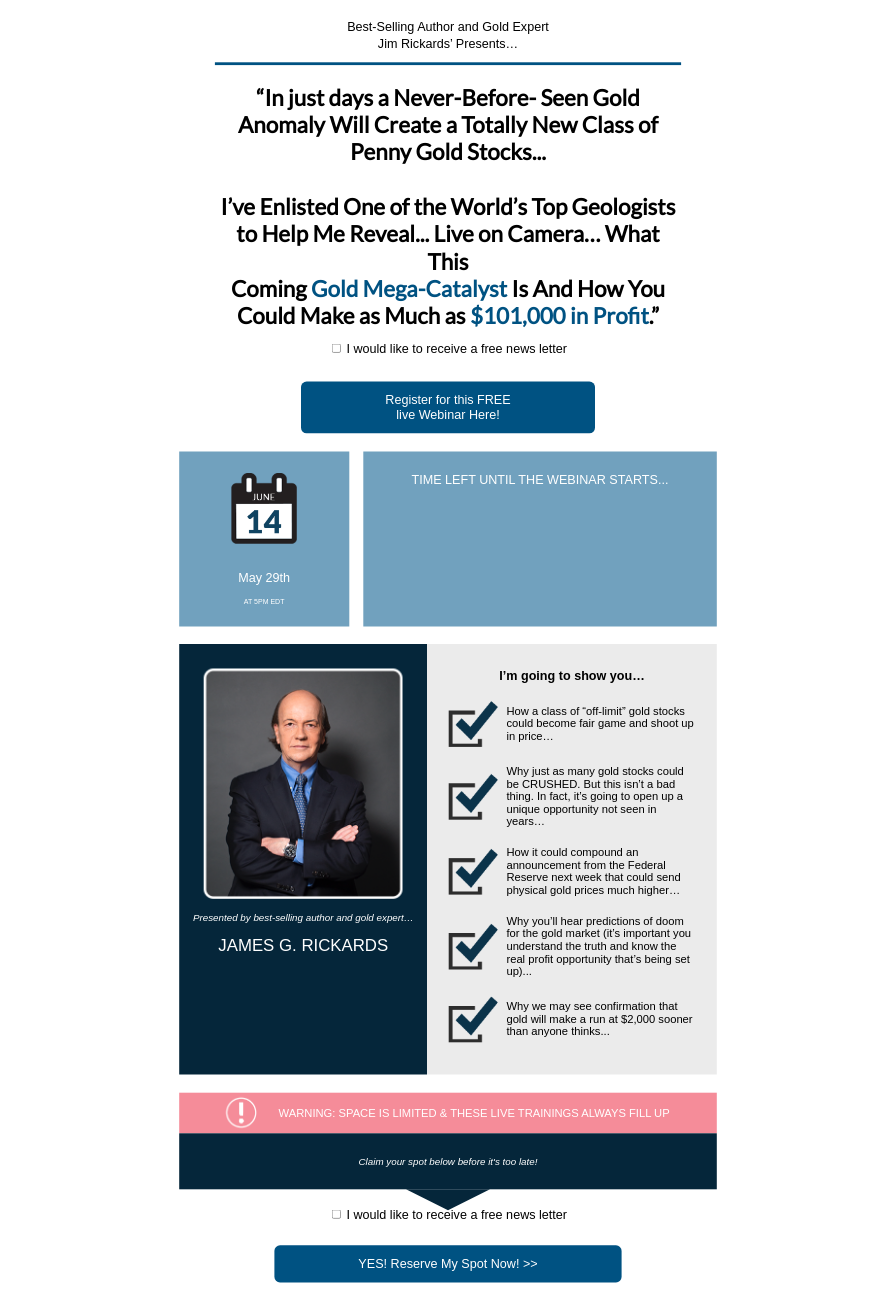
Repository: KrystellBarraza/Test
Page: index.html
An editor plug-in stored every save of this project. The page is shown before and after the next save, followed by the edit.
The browser window is 1280 px wide. The pictures show the whole page, at 70% of full size.

Above is the page before, as saved 2019-10-07 10:58:10.

### index.html
<!DOCTYPE <!DOCTYPE html>
<!--[if lt IE 7]>      <html class="no-js lt-ie9 lt-ie8 lt-ie7"> <![endif]-->
<!--[if IE 7]>         <html class="no-js lt-ie9 lt-ie8"> <![endif]-->
<!--[if IE 8]>         <html class="no-js lt-ie9"> <![endif]-->
<!--[if gt IE 8]><!--> <html class="no-js"> <!--<![endif]-->
    <head>
        <meta charset="utf-8">
        <meta http-equiv="X-UA-Compatible" content="IE=edge">
        <title>Newsletter Offer</title>
        <meta name="description" content="Newsletter">
        <meta name="viewport" content="width=device-width, initial-scale=1">
        <link href="https://fonts.googleapis.com/css?family=Lato&display=swap" rel="stylesheet">
        <link rel="stylesheet" href="style.css">
    </head>
    <body>
        <div class="container-top">
            <div class="header">
                <p>Best-Selling Author and Gold Expert<br> Jim Rickards’ Presents…</p>
            </div>

            <div class="content">
                <hr style="border: 2px solid #005282">
                <br>

                <h1>“In just days a Never-Before- Seen Gold Anomaly
                    Will Create a Totally New Class of Penny Gold Stocks...
                    <br>
                    <br>
                    I’ve Enlisted One of the World’s Top Geologists
                    to Help Me Reveal... Live on Camera… What This<br>
                    Coming <span class="highlight">Gold Mega-Catalyst</span> Is And How You Could Make
                    as Much as <span class="highlight">$101,000 in Profit</span>.”
                </h1>
                <br>

                <input type="checkbox" name="signup" value="yes"><span style="font-size: 18px; font-family: arial, sans-serif;"> I would like to receive a free news letter</span><br>
                <br>
                <br>
                <div class="button-container">
                    <button class="button button-top"><span style="font-size: 18px; font-family: arial, sans-serif; font-weight: 500;">Register for this FREE <br>live Webinar Here!</span></button>
                </div>
            </div>
        </div>

        <div class="container-middle">
            <div class="blocks blocks-left">
                <img src="images/Calendar.png">
                <br>
                <br>
                <br>
                <p style="color: #fff; font-weight: 500;">May 29th</p>
                <br>
                <span style="font-size: 10px; font-family: arial, sans-serif; text-transform: uppercase;" class="time">at 5PM EDT</span>
            </div>

            <div class="blocks blocks-right">
                <p style="color: #fff;">TIME LEFT UNTIL THE WEBINAR STARTS...</p>
            </div>
        </div>

        <div class="container-bottom">
            <div class="block-left">
                <img src="images/JimRickards.png">
                <br>
                <br>
                <p style="color: #fff; font-size: 14px; font-style: italic;">Presented by best-selling author and gold expert…</p>
                <br>
                <p style="color: #fff; font-size: 24px;">JAMES G. RICKARDS</p>
            </div>

            <div class="block-right">
                <p style="text-align: center; font-weight: bold;">I’m going to show you…</p>

                <table>
                    <tr>
                        <td><img src="images/checkmark.png"></td>
                        <td><p style="font-size: 16px;">How a class of “off-limit” gold stocks could become fair game and shoot up in price…</p></td>
                    </tr>

                    <tr>
                        <td><img src="images/checkmark.png"></td>
                        <td><p style="font-size: 16px;">Why just as many gold stocks could be CRUSHED. But this isn’t a bad thing.
                        In fact, it’s going to open up a unique opportunity not seen in years…</p></td>
                    </tr>

                    <tr>
                        <td><img src="images/checkmark.png"></td>
                        <td><p style="font-size: 16px;">How it could compound an announcement from the Federal Reserve next week
                        that could send physical gold prices much higher…</p></td>
                    </tr>

                    <tr>
                        <td><img src="images/checkmark.png"></td>
                        <td><p style="font-size: 16px;">Why you’ll hear predictions of doom for the gold market (it’s important you
                        understand the truth and know the real profit opportunity that’s being set up)...</p></td>
                    </tr>

                    <tr>
                        <td><img src="images/checkmark.png"></td>
                        <td><p style="font-size: 16px;">Why we may see confirmation that gold will make a run at $2,000 sooner than
                        anyone thinks...</p></td>
                    </tr>
                </table>
            </div>

        </div>

        <div class="container-footer">
            <div class="warning">
                <img src="images/exclamation.png" class="exclamation-mark"/>
                <p style="color: #fff; font-size: 16px;" class="warning-text">WARNING: SPACE IS LIMITED & THESE LIVE TRAININGS ALWAYS FILL UP</p>
            </div>

            <div class="claim">
                <p style="color: #fff; font-size: 14px; font-style: italic;">Claim your spot below before it's too late!</p>
            </div>

            <div class="checkbox">
                <input type="checkbox" name="signup" value="yes"><span style="font-size: 18px; font-family: arial, sans-serif;"> I would like to receive a free news letter</span><br>
            </div>

            <div class="closing-button">
                <button class="button button-top"><span style="font-size: 18px; font-family: arial, sans-serif; font-weight: 500;">YES! Reserve My Spot Now! >></span></button>
            </div>

            <div class="footer">
                <br>
                <br>
            </div>
        </div>

        <script src="app.js" async defer></script>
    </body>
</html>

### style.css
* {
    box-sizing: border-box;
}

html {
    scroll-behavior: smooth;
}

body {
    margin: 0;
    background-color: #fff;
}

p {
    font-family: arial, sans-serif;
    color: #000;
    margin: 0;
    font-size: 18px;
}

h1 {
    font-family: "Lato", sans-serif;
    margin: 0;
}

/* Container - Top */

.container-top {
    display: grid;
    grid-template-columns: repeat(12, 1fr);
    grid-template-rows: auto 1fr 1fr;
    grid-gap: 5px;
    grid-column-gap: 20px;
    padding-left: 24%;
    padding-right: 24%;
    padding-top: 2%;
    grid-template-areas:
    "h h h h h h h h h h h h"
    "c c c c c c c c c c c c"
    "c c c c c c c c c c c c"
    "c c c c c c c c c c c c"
    "c c c c c c c c c c c c"
    "c c c c c c c c c c c c"
    "c c c c c c c c c c c c";
}

.header {
    grid-area: h;
    text-align: center;
    line-height: 19pt;
}

.content {
    grid-area: c;
    text-align: center;
}

.highlight {
    color: #005282;
}

.button {
    background-color: #005282;
    border: none;
    color: #fff;
    padding-top: 16px;
    padding-bottom: 16px;
    padding-left: 120px;
    padding-right: 120px;
    border-radius: 8px;
}

.button-container {
    align-content: center;
}

@media screen and (max-width: 415px) {
    .container-top {
        display: grid;
        grid-template-columns: repeat(12, 1fr);
        grid-template-rows: auto 1fr 1fr;
        grid-gap: 5px;
        grid-column-gap: 20px;
        padding-left: 8%;
        padding-right: 8%;
        padding-top: 7%;
        grid-template-areas:
        "h h h h h h h h h h h h"
        "c c c c c c c c c c c c"
        "c c c c c c c c c c c c"
        "c c c c c c c c c c c c"
        "c c c c c c c c c c c c"
        "c c c c c c c c c c c c"
        "c c c c c c c c c c c c";
    }

    p {
        font-size: 15px;
    }

    h1 {
        font-size: 24px;
    }

    .button {
        padding-left: 40px;
        padding-right: 40px;
    }
}

/* Container - Middle */

.container-middle {
    display: grid;
    grid-template-columns: repeat(12, 1fr);
    grid-template-rows: auto 1fr 1fr;
    grid-gap: 5px;
    grid-column-gap: 20px;
    padding-left: 20%;
    padding-right: 20%;
    padding-top: 2%;
    grid-template-areas:
    "l l l l r r r r r r r r"
    "l l l l r r r r r r r r"
    "l l l l r r r r r r r r"
    "l l l l r r r r r r r r"
    "l l l l r r r r r r r r";
}

.blocks {
    background-color: #71a1be;
    color: #fff;
    padding-top: 30px;
    padding-bottom: 30px;
}

.blocks-left {
    grid-area: l;
    text-align: center;
}

.blocks-left > img {
    object-fit: contain;
    width: 40%;
}

.blocks-right {
    grid-area: r;
    text-align: center;
}

@media screen and (max-width: 415px) {
    .container-middle {
        display: grid;
        grid-template-columns: repeat(12, 1fr);
        grid-template-rows: auto 1fr 1fr;
        grid-gap: 0;
        grid-column-gap: 20px;
        padding-left: 0%;
        padding-right: 0%;
        padding-top: 7%;
        grid-template-areas:
        "l l l l l l l l l l l l"
        "l l l l l l l l l l l l"
        "l l l l l l l l l l l l"
        "l l l l l l l l l l l l"
        "l l l l l l l l l l l l"
        "r r r r r r r r r r r r"
        "r r r r r r r r r r r r"
        "r r r r r r r r r r r r"
        "r r r r r r r r r r r r"
        "r r r r r r r r r r r r";
    }

    p {
        font-size: 20px;
    }

    .time {
        font-size: 16px;
    }
}

/* Container - Bottom */

.container-bottom {
    display: grid;
    grid-template-columns: repeat(13, 1fr);
    grid-template-rows: auto 1fr 1fr;
    grid-gap: 5px;
    grid-column-gap: 0px;
    padding-left: 20%;
    padding-right: 20%;
    padding-top: 2%;
    grid-template-areas:
    "b b b b b b g g g g g g g"
    "b b b b b b g g g g g g g"
    "b b b b b b g g g g g g g"
    "b b b b b b g g g g g g g"
    "b b b b b b g g g g g g g";
}

.block-left {
    grid-area: b;
    background-color: #05263a;
    text-align: center;
    padding-top: 35px;
    padding-bottom: 35px;
}

.block-left > img {
    object-fit: contain;
    width: 80%;
}

.block-right {
    grid-area: g;
    background-color: #ebebeb;
    color: #000;
    padding-top: 35px;
    padding-bottom: 35px;
    padding-left: 20px;
    padding-right: 20px;
}

td {
    padding-top: 15px;
}

table {
    border-spacing: 10px 10px;
}

/* Container - Footer */

.container-footer {
    display: grid;
    grid-template-columns: repeat(12, 1fr);
    grid-template-rows: auto 1fr 1fr;
    grid-column-gap: 20px;
    padding-left: 20%;
    padding-right: 20%;
    padding-top: 2%;
    grid-template-areas:
    "p p p p p p p p p p p p"
    "n n n n n n n n n n n n"
    "w w w w w w w w w w w w"
    "s s s s s s s s s s s s"
    "f f f f f f f f f f f f";
}

.warning {
    grid-area: p;
    background-color: #f58c99;
    text-align: center;
    align-content: center;
    padding-left: 60px;
    padding-right: 60px;
    display: flex;
}

.exclamation-mark {
    width: 45px;
    height: 45px;
    margin: 6px;
}

.warning-text {
    padding-top: 20px;
    padding-left: 25px;
    padding-bottom: 20px;
}

.claim {
    grid-area: n;
    background-color: #05263a;
    text-align: center;
    padding-top: 32px;
    padding-bottom: 32px;
    position: relative;
}

.claim::after {
    content:'';
    position: absolute;
    top: 100%;
    left: 0;
    right: 0;
    margin: 0 auto;
    width: 0;
    height: 0;
    border-top: solid 30px #05263a;
    border-left: solid 60px transparent;
    border-right: solid 60px transparent;
}

.checkbox {
    grid-area: w;
    text-align: center;
    padding-top: 26px;
    padding-bottom: 26px;
}

.closing-button {
    grid-area: s;
    text-align: center;
}

.footer {
    grid-area: f;
}

Loaded but not shown: app.js (no stored copy; drawn as an empty file)

After the next save:
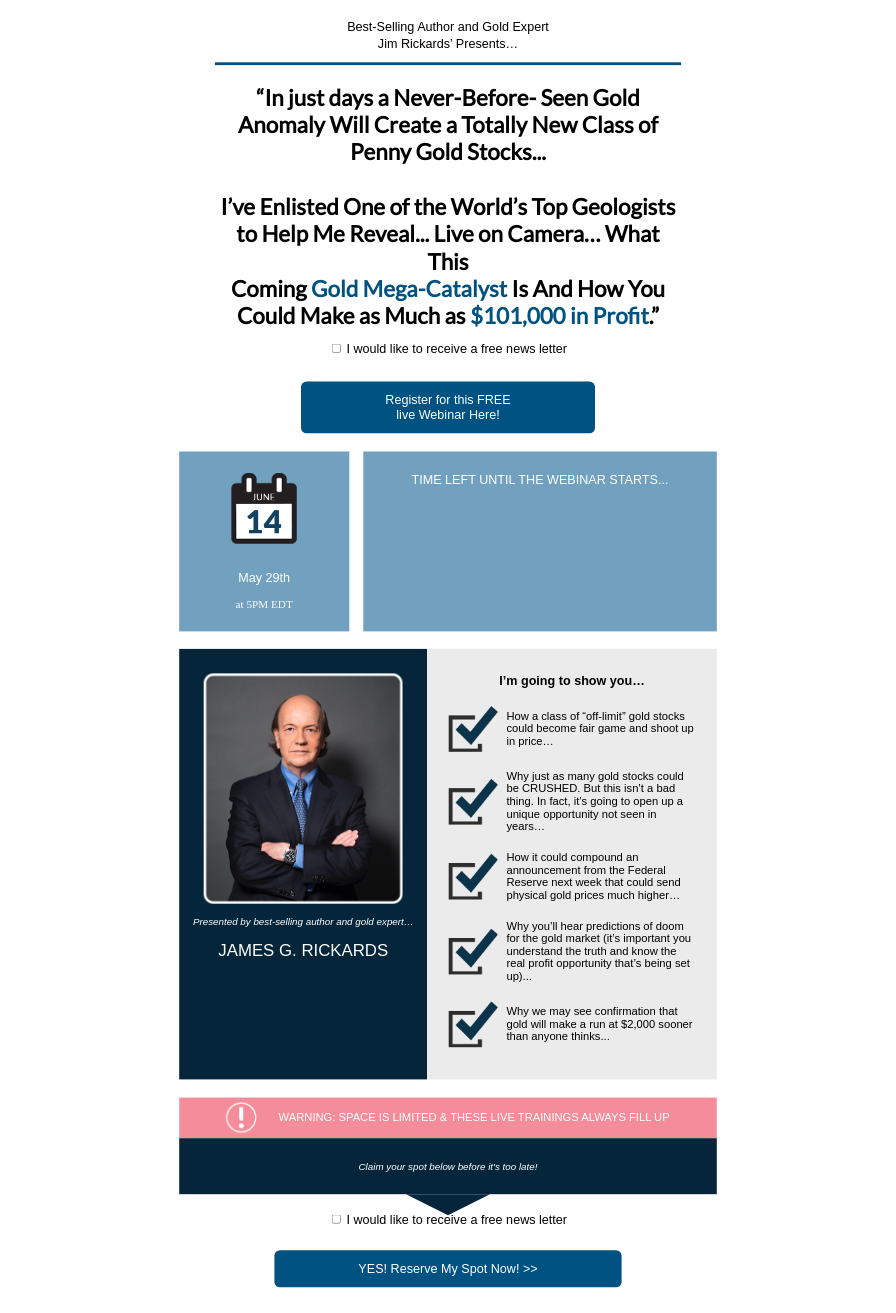
Saved 57 s later.
--- a/index.html
+++ b/index.html
@@ -50,7 +50,7 @@
                 <br>
                 <p style="color: #fff; font-weight: 500;">May 29th</p>
                 <br>
-                <span style="font-size: 10px; font-family: arial, sans-serif; text-transform: uppercase;" class="time">at 5PM EDT</span>
+                <span class="time">at 5PM EDT</span>
             </div>
 
             <div class="blocks blocks-right">

After the save that followed:
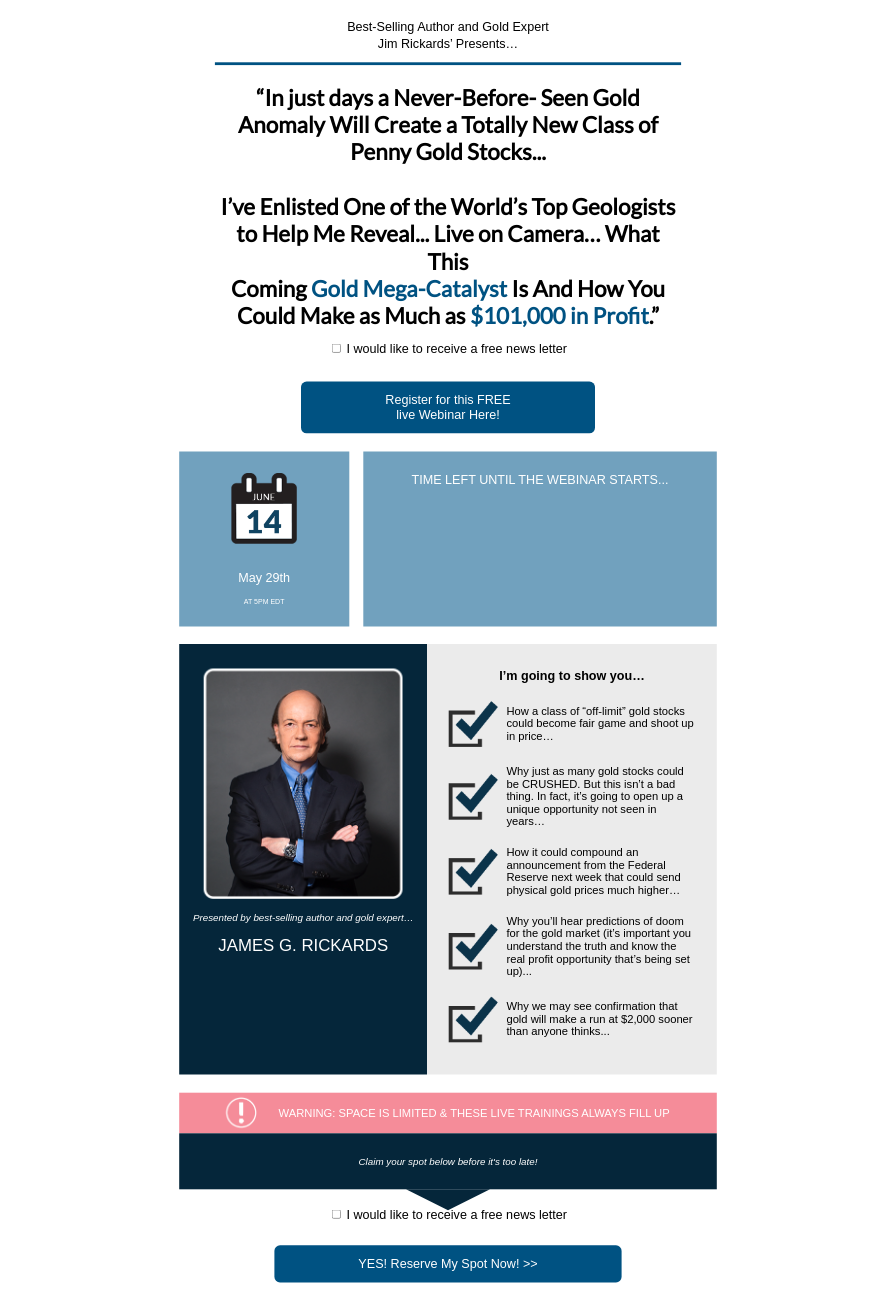
Saved 17 s later.
--- a/style.css
+++ b/style.css
@@ -149,6 +149,12 @@
     text-align: center;
 }
 
+.time {
+    font-size: 10px;
+    font-family: arial, sans-serif;
+    text-transform: uppercase;
+}
+
 @media screen and (max-width: 415px) {
     .container-middle {
         display: grid;
